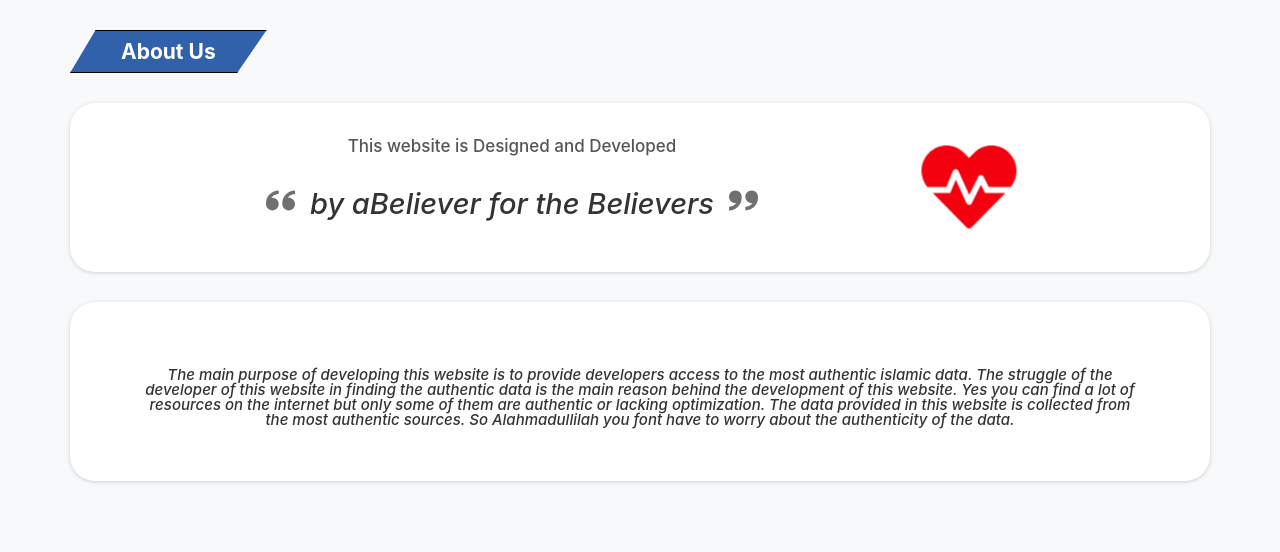
Repository: SpicierEwe/islamic-dev-repo
Page: /legal/about_us
These files come from the project's save history. The page is drawn as it stood at one moment and after the next save; the edit follows.
The browser window is 1280 px wide. The pictures show the whole page.
The project was rebuilt for these pictures with package versions that can differ from the ones it lists, and the page was loaded fresh each time. The framework's server and built-in components were replaced by stand-ins that run in the browser. Also part of the build but not shown: next.config.js.

Above is the page before, as saved 2022-09-16 17:33:10.

After the next save:
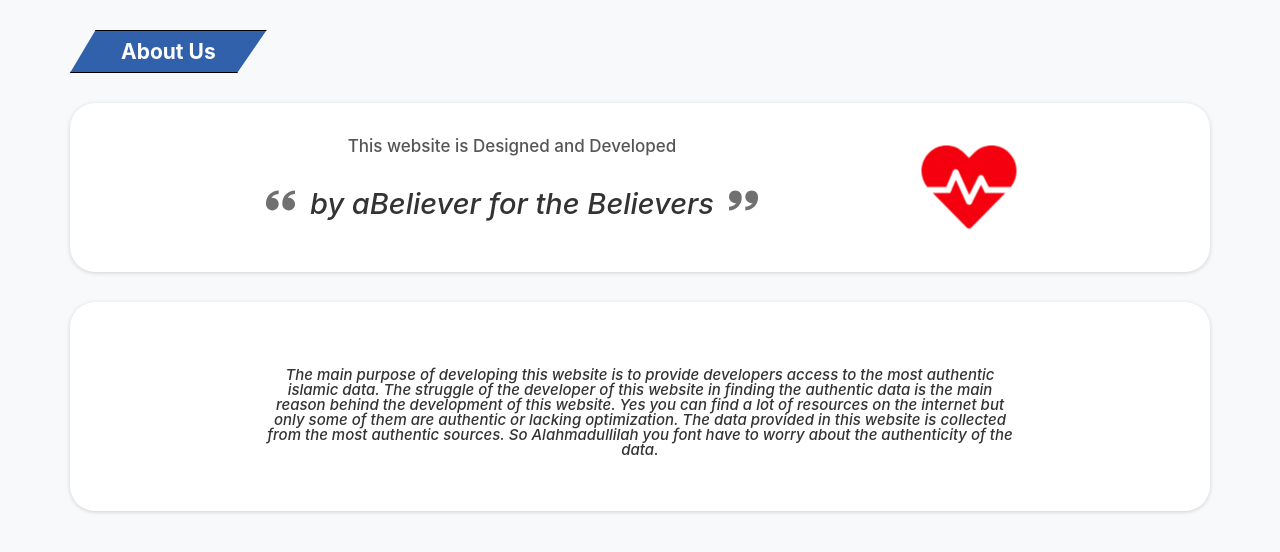
Saved 6 s later.
--- a/components/legal/about_us/about_us.module.css
+++ b/components/legal/about_us/about_us.module.css
@@ -74,7 +74,7 @@
 
 .summary {
   margin-top: 3rem;
-  max-width: 100rem;
+  max-width: 75rem;
 
   color: #333;
   font-weight: 500;
